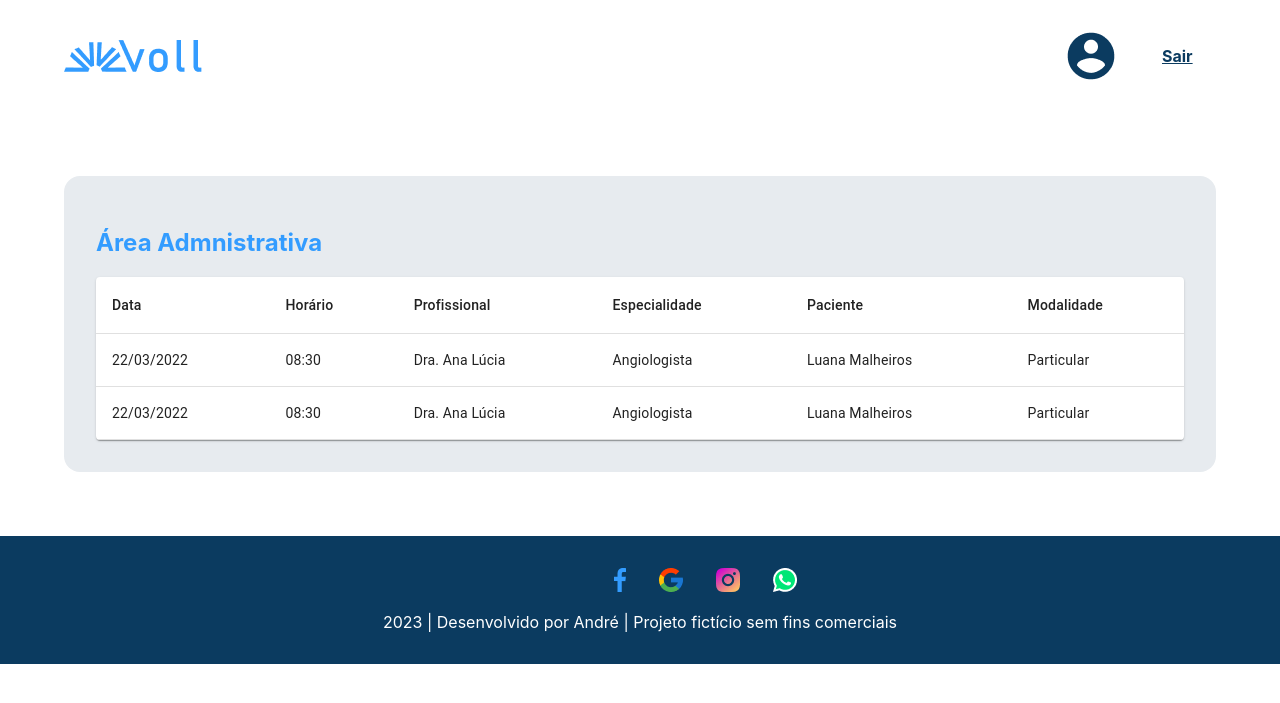
Repository: andrevff/voll-main
Page: /
The author's editor kept a copy of each file at every save. The page is drawn from the files as they stood at one save, then again after a run of saves.
The browser window is 1280 px wide. The pictures show the whole page.
The project was rebuilt for these pictures with package versions that can differ from the ones it lists, and the page was loaded fresh each time. Requests to the local data server were answered from the project's data file. Also part of the build but not shown: src/App.css.

Above is the page before, as saved 2023-07-31 21:46:33.

### src/App.tsx
import './App.css';
import Cabecalho from './components/cabecalho';
import Container from './components/container';
import Rodape from './components/rodape';
import Tabela from './components/tabela';
import Titulo from './components/titulo';
import useDadosConsulta from './useDadosConsulta';

function App() {

  const {dados, erro} = useDadosConsulta()

  return (
    <>
      <Cabecalho />
      <Container>
        <Titulo>Área Admnistrativa</Titulo>
        <Tabela consultas={dados} />
      </Container>
      <Rodape />
    </>
  );
}

export default App;

### src/components/cabecalho/index.tsx
/* eslint-disable jsx-a11y/anchor-is-valid */
import styled from 'styled-components'
import logo from './assets/logo.png'
import perfil from './assets/perfil.png'

const CabecalhoEstilizado = styled.header`
    display: flex;
    align-items: center;
    justify-content: space-between;
    padding: 2em 4em;
`

const Container = styled.div`
    display: flex;
    align-items: center;
    justify-content: space-around;
    flex-grow: .1;
`

const LinkEstilizado = styled.a`
    color: var(--azul-escuro);
    font-weight: 700;
`

export default function Cabecalho(){
    return(
        <CabecalhoEstilizado>
            <img src={logo} alt="Logo da empresa Voll" />
            <Container>
                <img src={perfil} alt="Imagem de perfil do usuário" />
                <LinkEstilizado href="#">Sair</LinkEstilizado>
            </Container>
        </CabecalhoEstilizado>
    )

}

### src/components/container/index.tsx
import styled from "styled-components";

const Container = styled.section`
    background-color: var(--cinza-claro);
    margin: 4em;
    border-radius: 16px;
    padding: 2em;
    height: 100%;
`

export default Container

### src/components/rodape/index.tsx
/* eslint-disable jsx-a11y/anchor-has-content */
/* eslint-disable jsx-a11y/anchor-is-valid */
import styled from 'styled-components'
import facebook from './assets/facebook.png'
import google from './assets/google.png'
import instagram from './assets/instagram.png'
import whatsapp from './assets/whatsapp.png'

const RodapeEstilizado = styled.footer`
    height: 100%;
    color: white;
    padding: 1em;
    background-color: var(--azul-escuro);
    text-align: center;
`

const ListaEstilizada = styled.ul`
    display: flex;
    justify-content: space-around;
    width: 10%;
    margin: 1em auto;
`

const ItemEstilizado = styled.li`
    list-style-type: none;
    padding: 0 1em;
`

export default function Rodape(){
    return(
        <RodapeEstilizado>
            <ListaEstilizada>
                <ItemEstilizado>
                    <a href="#">
                        <img src={facebook} alt="Logo do Facebook" />
                    </a>
                </ItemEstilizado>
                <ItemEstilizado>
                    <a href="#">
                        <img src={google} alt="Logo do Google" />
                    </a>
                </ItemEstilizado>
                <ItemEstilizado>
                    <a href="#">
                        <img src={instagram} alt="Logo do Instagram" />
                    </a>
                </ItemEstilizado>
                <ItemEstilizado>
                    <a href="#">
                        <img src={whatsapp} alt="Logo do WhatsApp" />
                    </a>
                </ItemEstilizado>
            </ListaEstilizada>
            <p>2023 | Desenvolvido por André | Projeto fictício sem fins comerciais</p>
        </RodapeEstilizado>
    )
}

### src/components/tabela/index.tsx
import { Paper } from "@mui/material";
import TableContainer from "@mui/material/TableContainer/TableContainer";
import Table from "@mui/material/Table/Table";
import TableHead from "@mui/material/TableHead/TableHead";
import TableRow from "@mui/material/TableRow/TableRow";
import TableCell from "@mui/material/TableCell/TableCell";
import TableBody from "@mui/material/TableBody/TableBody";
import IConsulta from "../../types/IConsulta";

export default function Tabela({consultas} : {consultas : IConsulta[] | null}) {
    return(
        <>
            <TableContainer component = {Paper}>
                <Table sx={{minWidth: 700}} aria-label="tabela-customizada">
                    <TableHead>
                        <TableRow>
                            <TableCell>Data</TableCell>
                            <TableCell>Horário</TableCell>
                            <TableCell>Profissional</TableCell>
                            <TableCell>Especialidade</TableCell>
                            <TableCell>Paciente</TableCell>
                            <TableCell>Modalidade</TableCell>
                        </TableRow>
                    </TableHead>
                    <TableBody>
                        {consultas?.map((linha) => {
                            return(
                                <TableRow>
                                    <TableCell component="th" scope="row">22/03/2022</TableCell>
                                    <TableCell>08:30</TableCell>
                                    <TableCell>Dra. Ana Lúcia</TableCell>
                                    <TableCell>Angiologista</TableCell>
                                    <TableCell>Luana Malheiros</TableCell>
                                    <TableCell>Particular</TableCell>
                                </TableRow>
                            )
                        })}

                    </TableBody>
                </Table>
            </TableContainer>
        </>
    )
}

### src/components/titulo/index.tsx
/* eslint-disable jsx-a11y/heading-has-content */
import avaliacao from './assets/avaliacao.png'
import grafico from './assets/grafico.png'
import consulta from './assets/consulta.png'
import React from 'react'
import styled from 'styled-components'

interface Props{
    imagem?: string,
    children?: React.ReactNode
}

interface IImagens{
    avaliacao: string,
    grafico: string,
    consulta: string
}

const SpanEstilizado = styled.span<Props>`
    background: no-repeat;
    background-position: center;
    background-size: cover;
    width: 25px;
    height: 25px;
    background-image: ${props => props.imagem ? `url(${props.imagem})` : 'none'};
`

const TituloEstilizado = styled.h2`
    color: var(--azul-claro);
`

const ContainerEstilizado = styled.div`
    display: flex;
    align-items: center;
`

export default function Titulo({ imagem, children }: Props){

    const listaDeImagens: IImagens = {
        avaliacao: avaliacao,
        grafico: grafico,
        consulta: consulta
    }

    return(
        <ContainerEstilizado>
            {imagem && <SpanEstilizado imagem={listaDeImagens[imagem as keyof IImagens]} />}
            <TituloEstilizado>{children}</TituloEstilizado>
        </ContainerEstilizado>
    )
}

### src/useDadosConsulta.ts
import IConsulta from "./types/IConsulta"
import useFetch from "./useFetch"

const useDadosConsulta = () => {
    return useFetch<IConsulta[]>({url: 'consultas'})
}

export default useDadosConsulta

### src/useFetch.ts
import { useEffect, useState } from "react";

export default function useFetch<T>({url} : {url : string}) {
    const [dados, setDados] = useState<T | null>(null)
    const [erro, setErro] = useState('')

    useEffect(() => {
        fetch(`http://localhost:8080/${url}`).then(
            resposta => resposta.json()
        ).then(dados => setDados(dados)).catch((erro => setErro(erro)))
    }, [url])

    return { dados, erro }
}

Loaded but not shown: public/index.html (common file); src/index.tsx (common file); src/index.css (common file); db.json (common file)

After the next 3 saves:
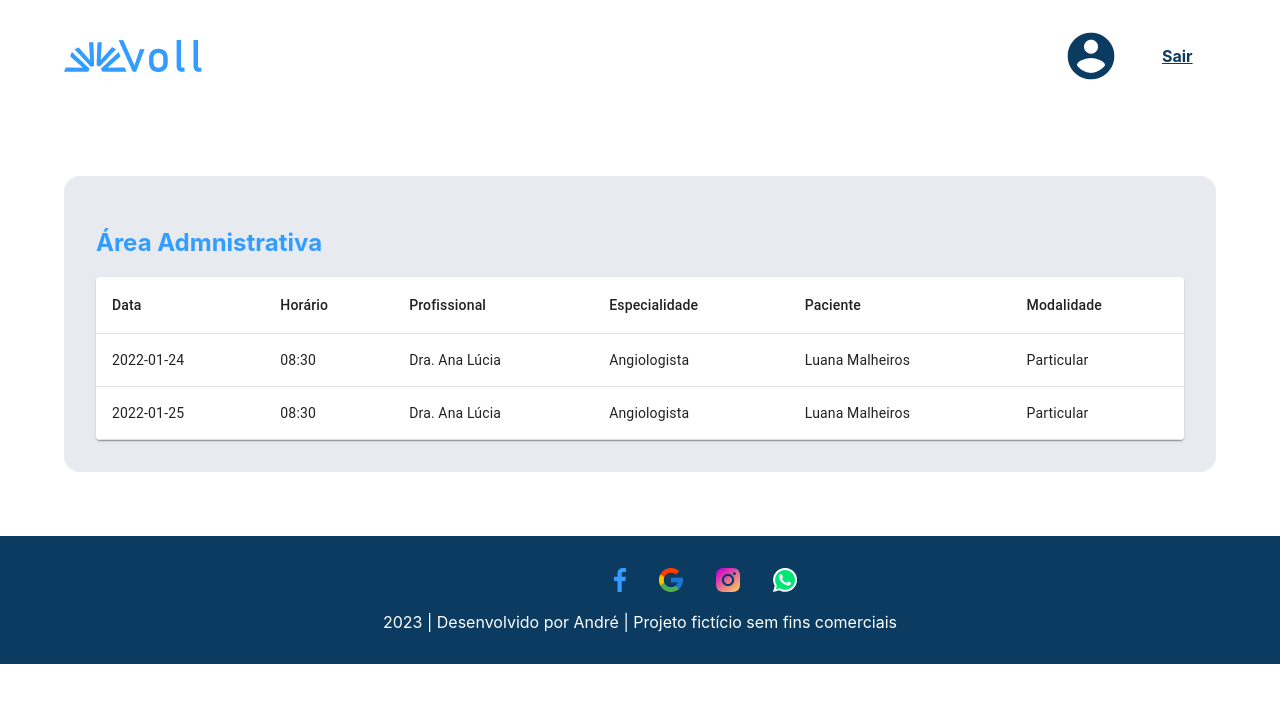
The 3 saves are shown as one change because they came seconds apart.
The last was saved 11 s later.
--- a/src/components/tabela/index.tsx
+++ b/src/components/tabela/index.tsx
@@ -26,7 +26,7 @@ export default function Tabela({consultas} : {consultas : IConsulta[] | null}) {
                         {consultas?.map((linha) => {
                             return(
                                 <TableRow>
-                                    <TableCell component="th" scope="row">22/03/2022</TableCell>
+                                    <TableCell component="th" scope="row">{linha.data}</TableCell>
                                     <TableCell>08:30</TableCell>
                                     <TableCell>Dra. Ana Lúcia</TableCell>
                                     <TableCell>Angiologista</TableCell>
